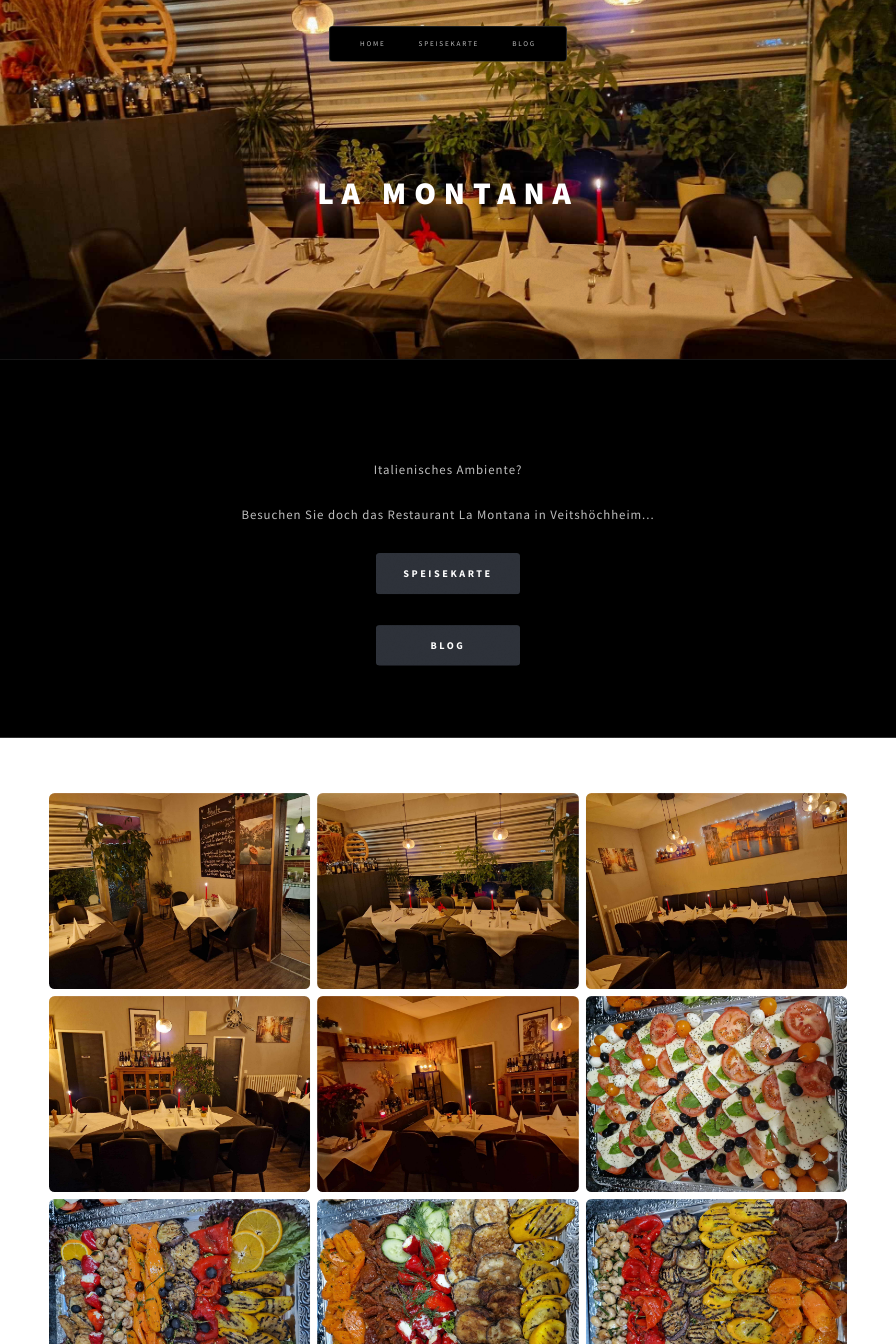
Repository: restaurantlamontana/restaurantlamontana.github.io
Page: index.html
An editor plug-in stored every save of this project. The page is shown before and after the next save, followed by the edit.
The browser window is 1280 px wide. The pictures show the part of the page from y = 0 to 1920 px (the page is 3269 px tall), at 70% of full size.

Above is the page before, as saved 2024-07-14 20:23:39.

After the next save:
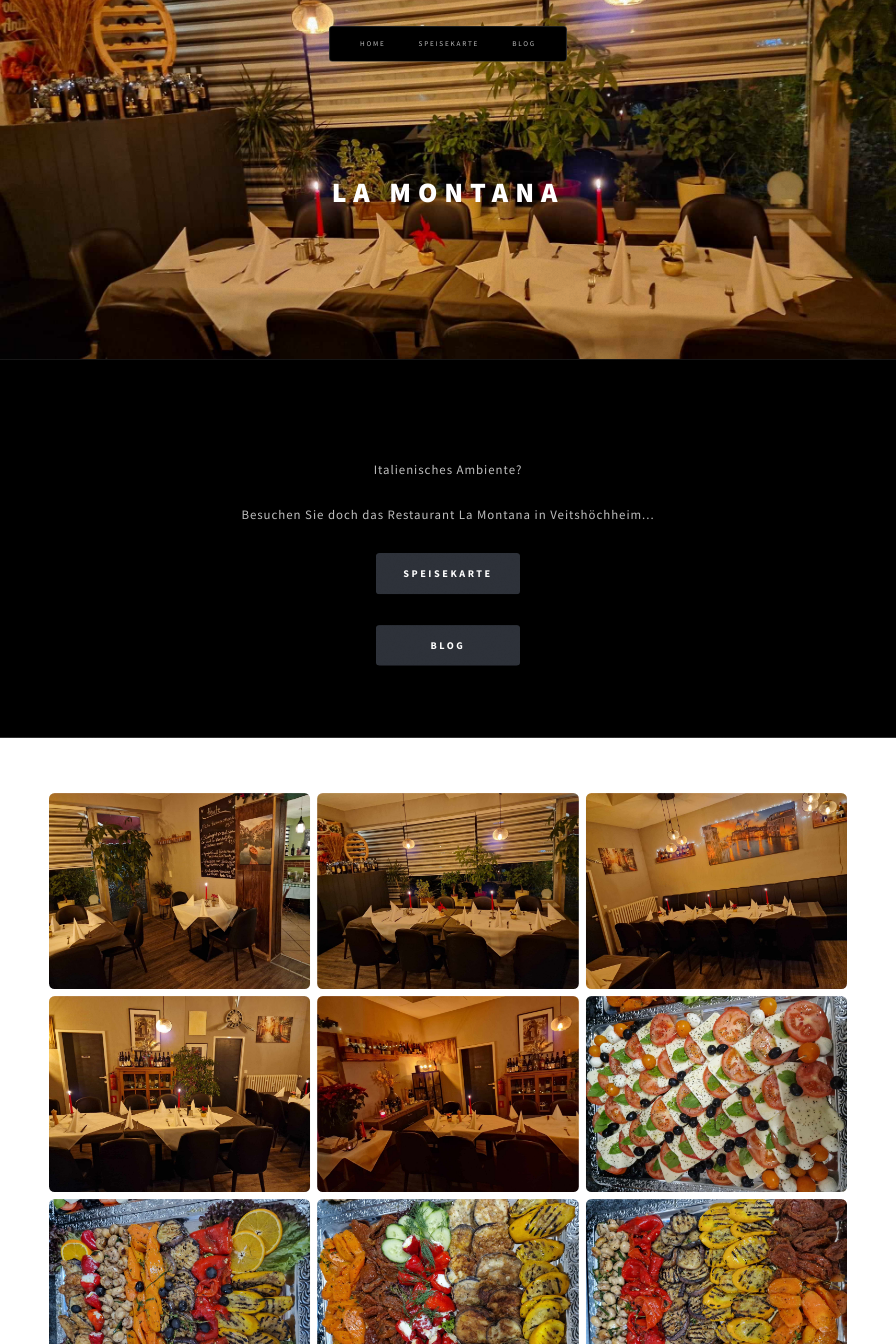
Saved 13 min 2 s later.
--- a/index.html
+++ b/index.html
@@ -15,7 +15,7 @@
       <section id="header" class="wrapper">
         <!-- Logo -->
         <div id="logo">
-          <h1 style="font-size: 45px;"><a href="index.html">La Montana</a></h1>
+          <h1 style="font-size: 40px;"><a href="index.html">La Montana</a></h1>
         </div>
 
         <!-- Nav -->
